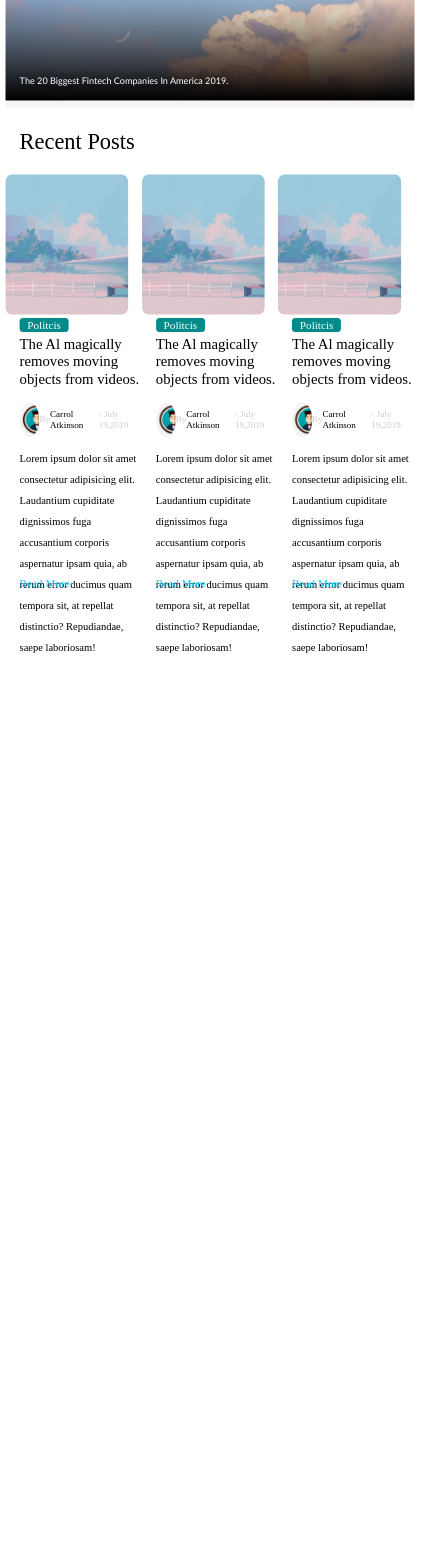
Repository: giacatdat2k5/html3
Page: html3.vs/7.1.html
These files come from the project's save history. The page is drawn as it stood at one moment and after the next save; the edit follows.
The browser window is 600 px wide. The page is 612 px wide, so the pictures cover 612 px, including what lies to the right of the window. The pictures show the part of the page from y = 598 to 2838 px (the page is 10826 px tall), at 70% of full size.

Above is the page before, as saved 2023-09-27 21:15:54.

After the next save:
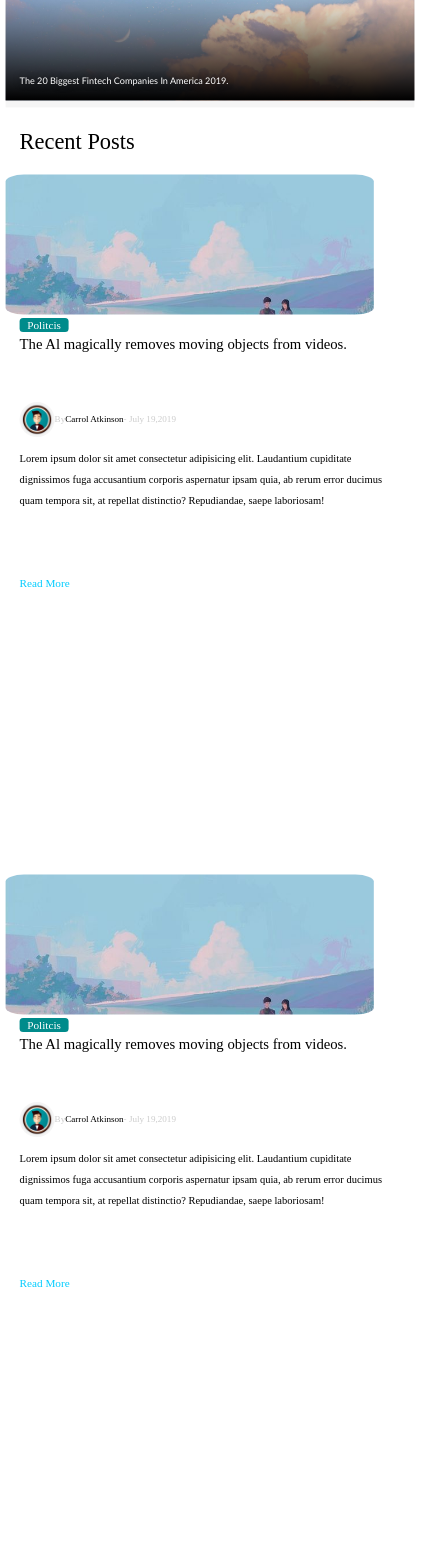
Saved 76 s later.
--- a/html3.vs/7.1.css
+++ b/html3.vs/7.1.css
@@ -514,8 +514,8 @@
         border-bottom: 1px solid black;
     }
     .ccitems{
-        width: 33.33333%;
-        height: 33.333333%;
+        width: 100%;
+        height: 10%;
     }
     .picture{
         width: 90%;
